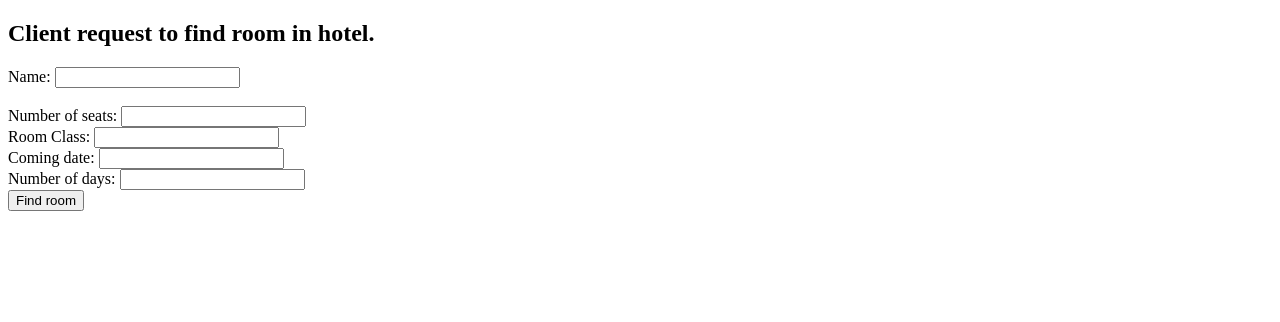
Repository: milosh-alexandr-by/ItAcademyJavaDeveloper
Page: http://localhost/HotelRequestSystem/ClientServlet.jsp
An editor plug-in stored every save of this project. The page is shown before and after the next save, followed by the edit.
The browser window is 1280 px wide. The pictures show the whole page.
The page is served by Tomcat 9.

Above is the page before, as saved 2015-12-09 13:26:24.

After the next save:
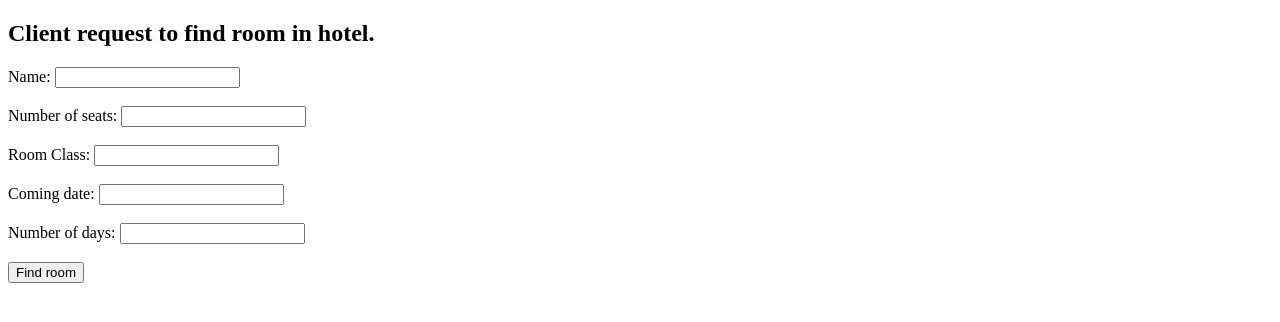
Saved 46 min 16 s later.
--- a/Project_WEB/HotelRequestSystem/WebContent/ClientServlet.jsp
+++ b/Project_WEB/HotelRequestSystem/WebContent/ClientServlet.jsp
@@ -12,10 +12,10 @@
 
 	<form action="HotelRequestSystem" method="GET">
 		Name: <input type="text" name="Name" /> <br/><br/>
-		Number of seats: <input type="text" name="NumberOfSeats" /> <br/>
-		Room Class: <input type="text" name="RoomClass" /> <br/>
-		Coming date: <input type="text" name="ComingDate" /> <br/>
-		Number of days: <input type="text" name="NumberOfDays" /> <br/>
+		Number of seats: <input type="text" name="NumberOfSeats" /> <br/><br/>
+		Room Class: <input type="text" name="RoomClass" /> <br/><br/>
+		Coming date: <input type="text" name="ComingDate" /> <br/><br/>
+		Number of days: <input type="text" name="NumberOfDays" /> <br/><br/>
 		<input type="submit" name="findRoom" value="Find room">
 	</form>
 
